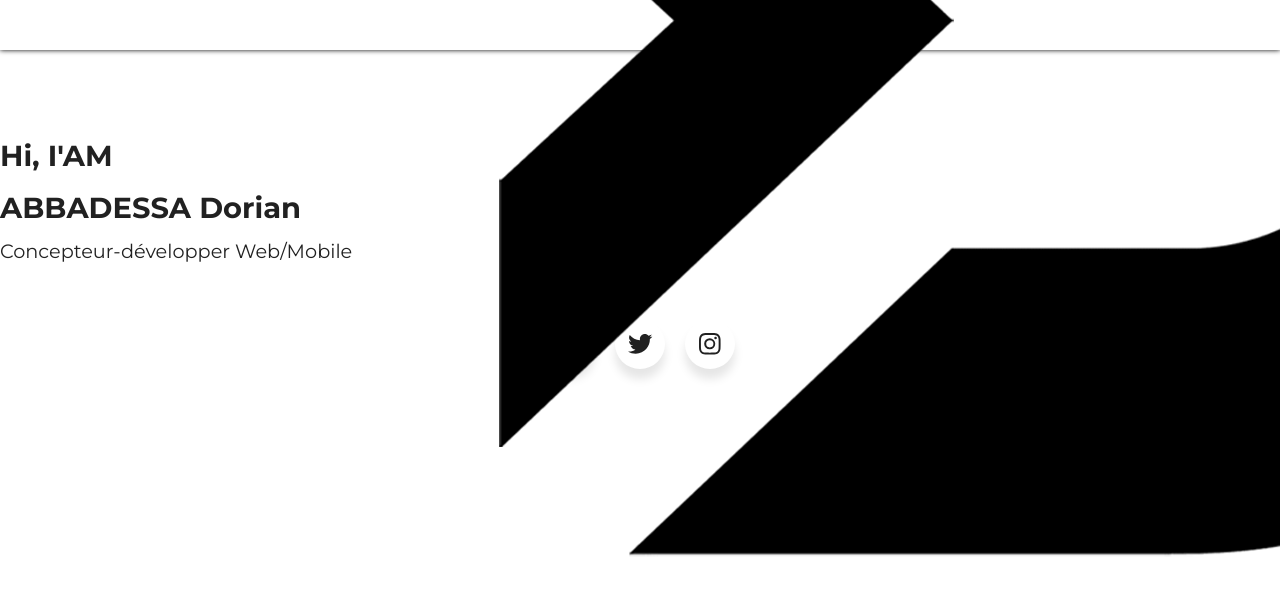
Repository: DorianABDS/Portfolio-ABBADESSA-Dorian
Page: index.html
The author's editor kept a copy of each file at every save. The page is drawn from the files as they stood at one save, then again after the next save.
The browser window is 1280 px wide. The pictures show the window.
A layer covers the whole window, so only the first screen is drawn.

Above is the page before, as saved 2024-11-27 23:10:40.

After the next save:
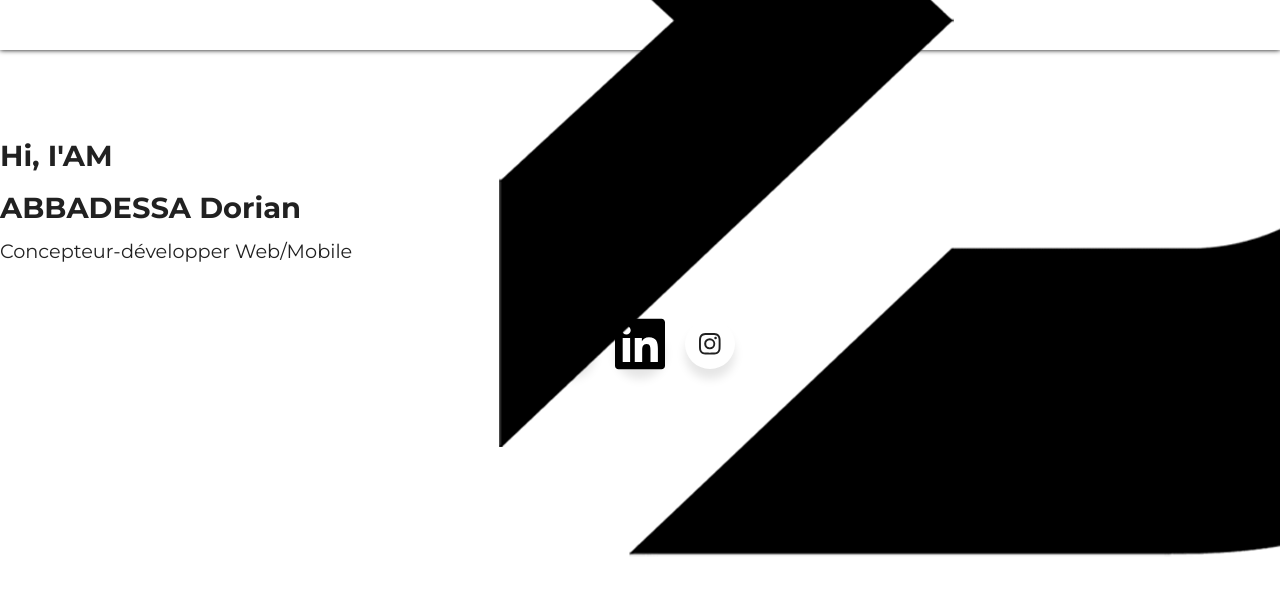
Saved 18 s later.
--- a/index.html
+++ b/index.html
@@ -43,17 +43,7 @@
                     </li>
                     <li class="icon twitter">
                       <span class="tooltip">Twitter</span>
-                      <svg
-                        height="1.8em"
-                        fill="currentColor"
-                        viewBox="0 0 48 48"
-                        xmlns="http://www.w3.org/2000/svg"
-                        class="twitter"
-                      >
-                        <path
-                          d="M42,12.429c-1.323,0.586-2.746,0.977-4.247,1.162c1.526-0.906,2.7-2.351,3.251-4.058c-1.428,0.837-3.01,1.452-4.693,1.776C34.967,9.884,33.05,9,30.926,9c-4.08,0-7.387,3.278-7.387,7.32c0,0.572,0.067,1.129,0.193,1.67c-6.138-0.308-11.582-3.226-15.224-7.654c-0.64,1.082-1,2.349-1,3.686c0,2.541,1.301,4.778,3.285,6.096c-1.211-0.037-2.351-0.374-3.349-0.914c0,0.022,0,0.055,0,0.086c0,3.551,2.547,6.508,5.923,7.181c-0.617,0.169-1.269,0.263-1.941,0.263c-0.477,0-0.942-0.054-1.392-0.135c0.94,2.902,3.667,5.023,6.898,5.086c-2.528,1.96-5.712,3.134-9.174,3.134c-0.598,0-1.183-0.034-1.761-0.104C9.268,36.786,13.152,38,17.321,38c13.585,0,21.017-11.156,21.017-20.834c0-0.317-0.01-0.633-0.025-0.945C39.763,15.197,41.013,13.905,42,12.429"
-                        ></path>
-                      </svg>
+                      <img src="/src/img/linkedin-brands-solid.svg" alt="">
                     </li>
                     <li class="icon instagram">
                       <span class="tooltip">Instagram</span>
